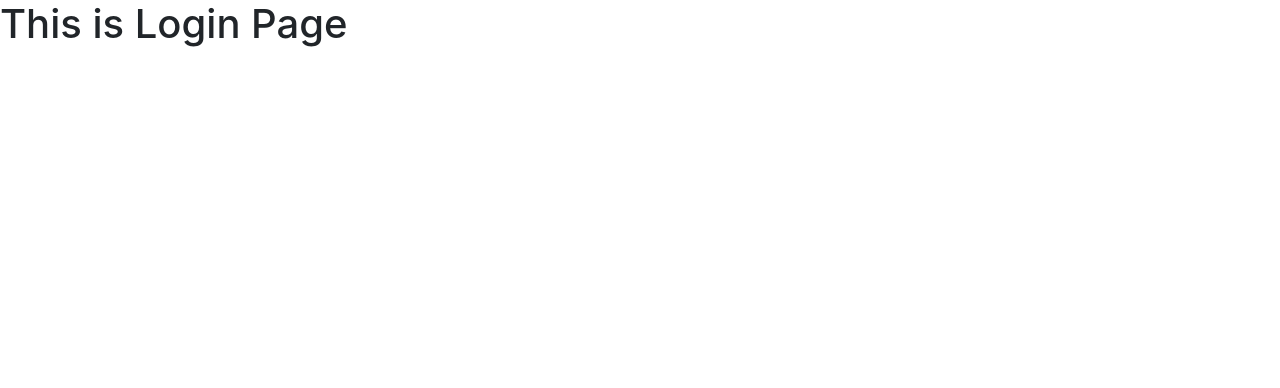
Repository: MangiVarunReddy/ShoppingCart
Page: http://localhost/ShoppingCart/login.jsp
An editor plug-in stored every save of this project. The page is shown before and after the next save, followed by the edit.
The browser window is 1280 px wide. The pictures show the whole page.
The page is served by Tomcat 9.

Above is the page before, as saved 2023-08-31 15:55:42.

After the next save:
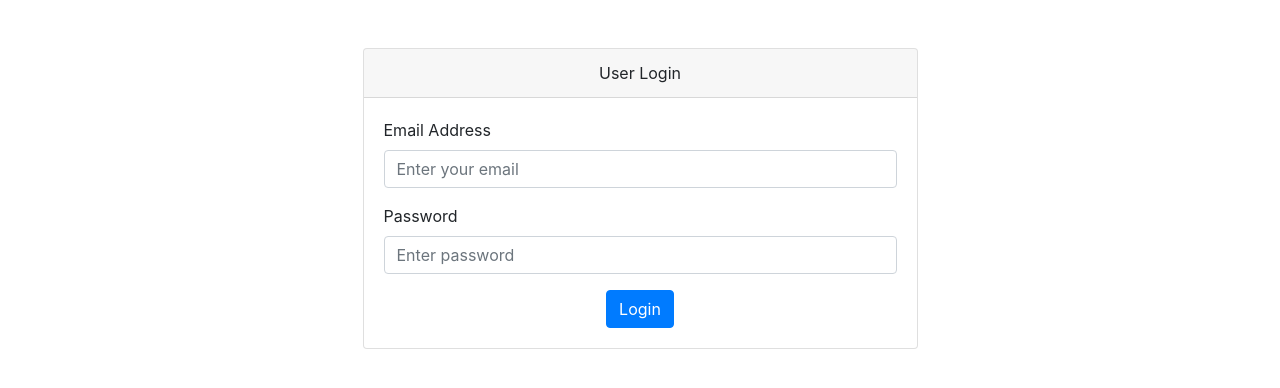
Saved 27 min 44 s later.
--- a/ShoppingCart/src/main/webapp/login.jsp
+++ b/ShoppingCart/src/main/webapp/login.jsp
@@ -8,7 +8,31 @@
 <%@include file="/includes/head.jsp" %>
 </head>
 <body>
-<h1>This is Login Page</h1>
+<div class="container">
+		<div class="card w-50 mx-auto my-5">
+			<div class="card-header text-center">User Login</div>
+			<div class="card-body">
+				<form action="" method="post">
+
+					<div class="form-group">
+						<label>Email Address</label> <input type="email"
+							class="form-control" name="login-email"
+							placeholder="Enter your email" required>
+
+					</div>
+					<div class="form-group">
+						<label>Password</label> <input type="email" class="form-control"
+							name="login-password" placeholder="Enter password" required>
+
+					</div>
+					<div class="text-center">
+						<button type="submit" class="btn btn-primary">Login</button>
+					</div>
+
+				</form>
+			</div>
+		</div>
+	</div>
 
 
 
